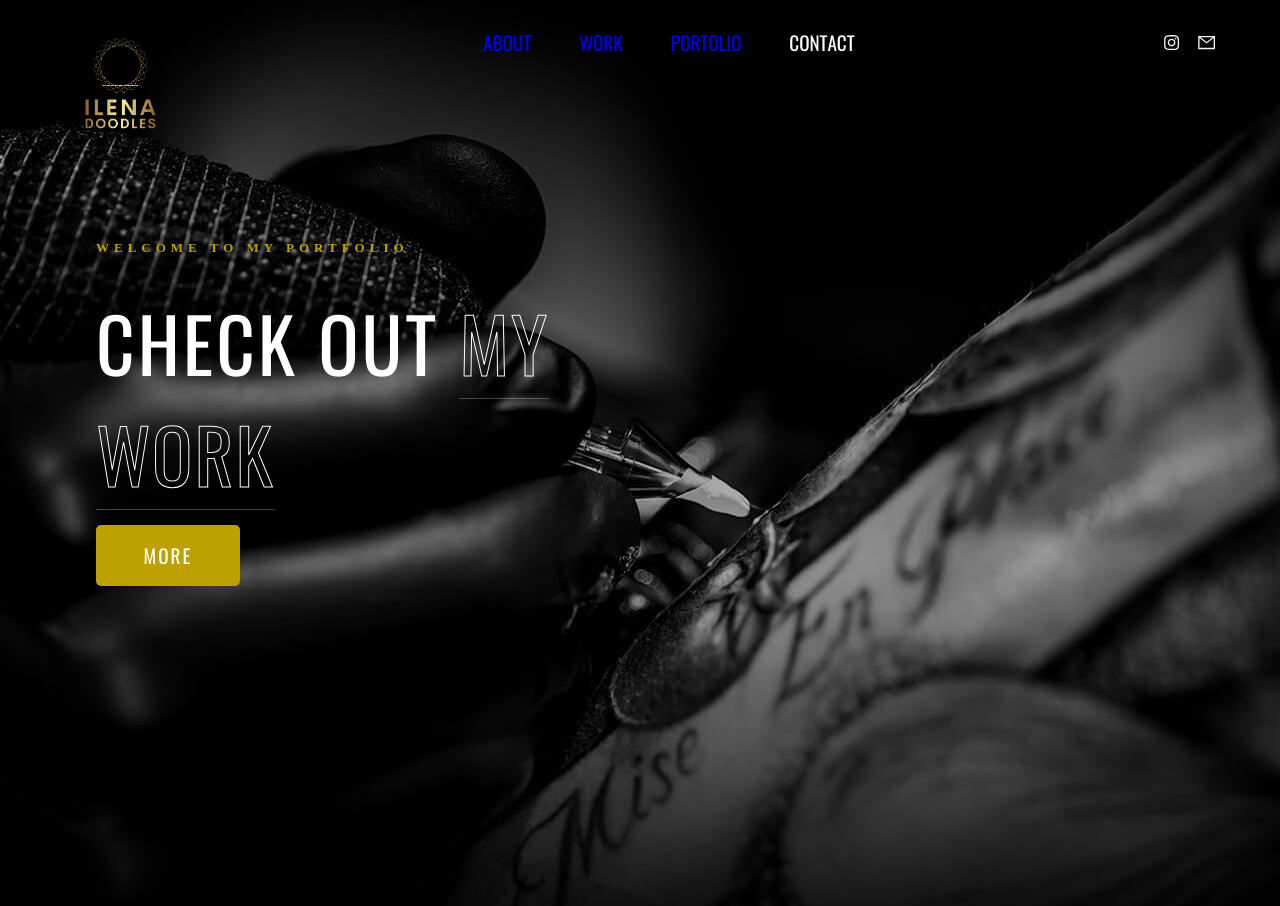
Repository: Leoka2000/Ilena
Page: /portfolio
An editor plug-in stored every save of this project. The page is shown before and after the next save, followed by the edit.
The browser window is 1280 px wide. The pictures show the whole page.
Backgrounds fixed to the window are drawn as part of the page. Some web fonts or font styles are not loaded; a fallback is used. The project was rebuilt for these pictures with package versions that can differ from the ones it lists, and the page was loaded fresh each time. Also part of the build but not shown: src/pages/hero/hero.css, src/pages/hero/hero.js, src/pages/about/about.css, src/pages/about/about.jsx, src/pages/home/home.js.

Above is the page before, as saved 2023-03-03 23:08:20.

After the next save:
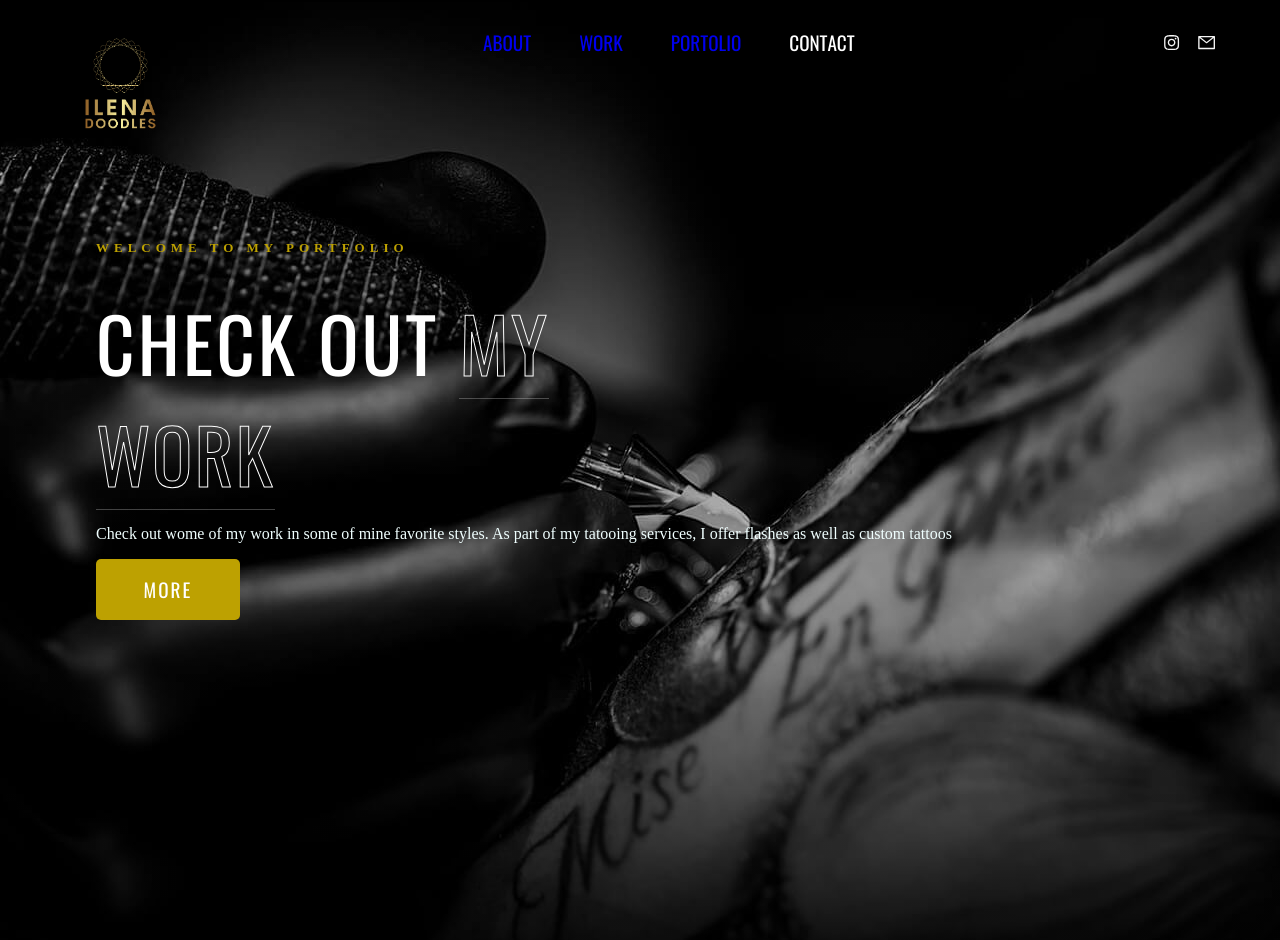
Saved 87 s later.
--- a/src/pages/portfolio/portfolio-hero.js
+++ b/src/pages/portfolio/portfolio-hero.js
@@ -7,7 +7,7 @@ const portfolio = () => {
     <section className='portfolio-hero-section'>
       <p>WELCOME TO MY PORTFOLIO</p>
       <h1>CHECK OUT <span>MY WORK</span></h1>
-
+      <small>Check out wome of my work in some of mine favorite styles. As part of my tatooing services, I offer flashes as well as custom tattoos</small>
       <button>MORE</button>
     </section>
   )
